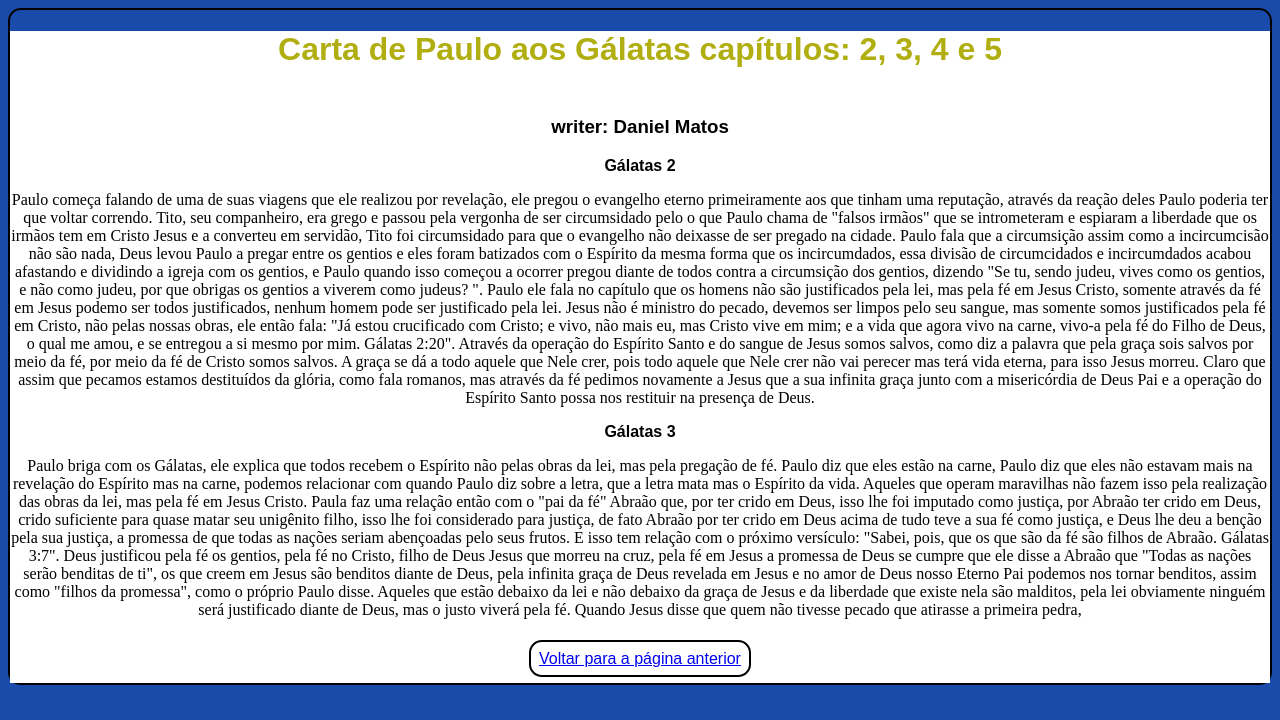
Repository: batmit/FutureFundation.github.io-1
Page: menu/articles/cristianism/importantchapters/galatians.html
The author's editor kept a copy of each file at every save. The page is drawn from the files as they stood at one save, then again after the next save.
The browser window is 1280 px wide. The pictures show the whole page.

Above is the page before, as saved 2021-07-12 11:58:31.

After the next save:
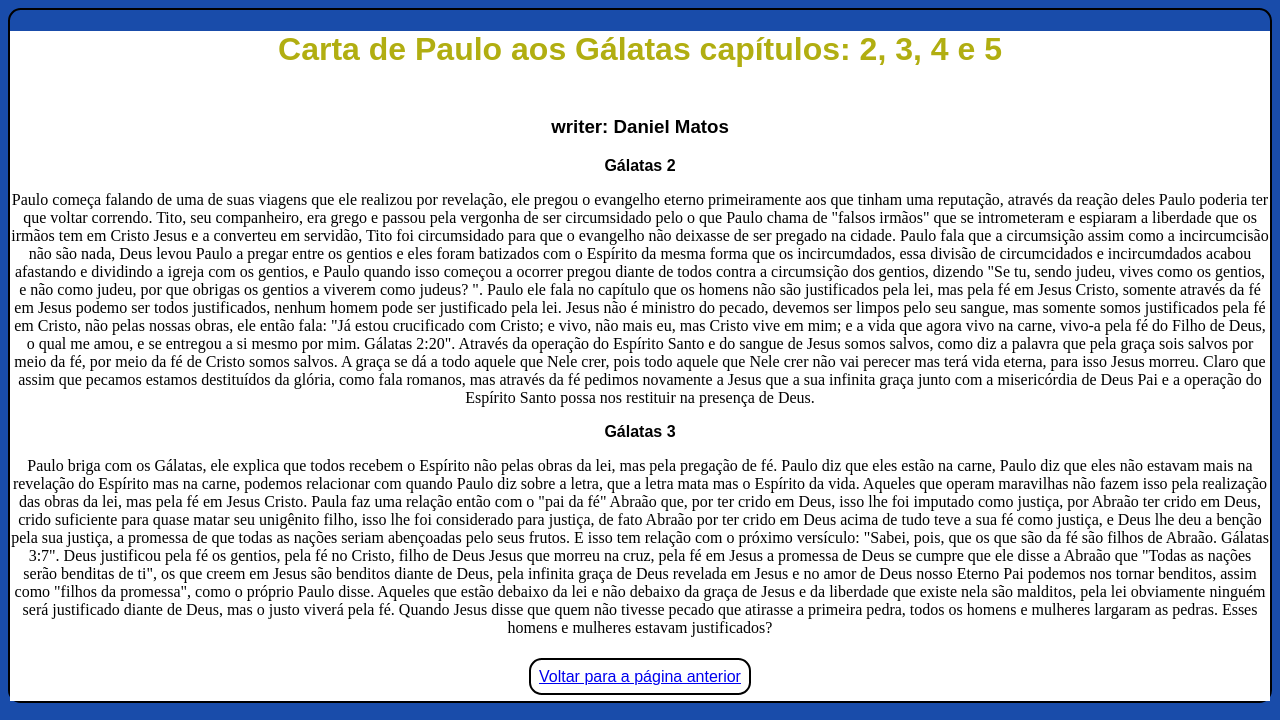
Saved 25 s later.
--- a/menu/articles/cristianism/importantchapters/galatians.html
+++ b/menu/articles/cristianism/importantchapters/galatians.html
@@ -28,7 +28,7 @@
 
     <p>Paulo briga com os Gálatas, ele explica que todos recebem o Espírito não pelas obras da lei, mas pela pregação de fé. Paulo diz que eles estão na carne, Paulo diz que eles não estavam mais na revelação do Espírito mas na carne, podemos relacionar com quando Paulo diz sobre a letra, que a letra mata mas o Espírito da vida. Aqueles que operam maravilhas não fazem isso pela realização das obras da lei, mas pela fé em Jesus Cristo. Paula faz uma relação então com o "pai da fé" Abraão que, por ter crido em Deus, isso lhe foi imputado como justiça, por Abraão ter crido em Deus, crido suficiente para quase matar seu unigênito filho, isso lhe foi considerado para justiça, de fato Abraão por ter crido em Deus acima de tudo teve a sua fé como justiça, e Deus lhe deu a benção pela sua justiça, a promessa de que todas as nações seriam abençoadas pelo seus frutos. E isso tem relação com o próximo versículo: "Sabei, pois, que os que são da fé são filhos de Abraão.
 
-        Gálatas 3:7". Deus justificou pela fé os gentios, pela fé no Cristo, filho de Deus Jesus que morreu na cruz, pela fé em Jesus a promessa de Deus se cumpre que ele disse a Abraão que "Todas as nações serão benditas de ti", os que creem em Jesus são benditos diante de Deus, pela infinita graça de Deus revelada em Jesus e no amor de Deus nosso Eterno Pai podemos nos tornar benditos, assim como "filhos da promessa", como o próprio Paulo disse. Aqueles que estão debaixo da lei e não debaixo da graça de Jesus e da liberdade que existe nela são malditos, pela lei obviamente ninguém será justificado diante de Deus, mas o justo viverá pela fé. Quando Jesus disse que quem não tivesse pecado que atirasse a primeira pedra, </p>
+        Gálatas 3:7". Deus justificou pela fé os gentios, pela fé no Cristo, filho de Deus Jesus que morreu na cruz, pela fé em Jesus a promessa de Deus se cumpre que ele disse a Abraão que "Todas as nações serão benditas de ti", os que creem em Jesus são benditos diante de Deus, pela infinita graça de Deus revelada em Jesus e no amor de Deus nosso Eterno Pai podemos nos tornar benditos, assim como "filhos da promessa", como o próprio Paulo disse. Aqueles que estão debaixo da lei e não debaixo da graça de Jesus e da liberdade que existe nela são malditos, pela lei obviamente ninguém será justificado diante de Deus, mas o justo viverá pela fé. Quando Jesus disse que quem não tivesse pecado que atirasse a primeira pedra, todos os homens e mulheres largaram as pedras. Esses homens e mulheres estavam justificados? </p>
 
         <a href="/menu/articles/cristianism/chaptersimportant.html">Voltar para a página anterior</a>
     </div>
